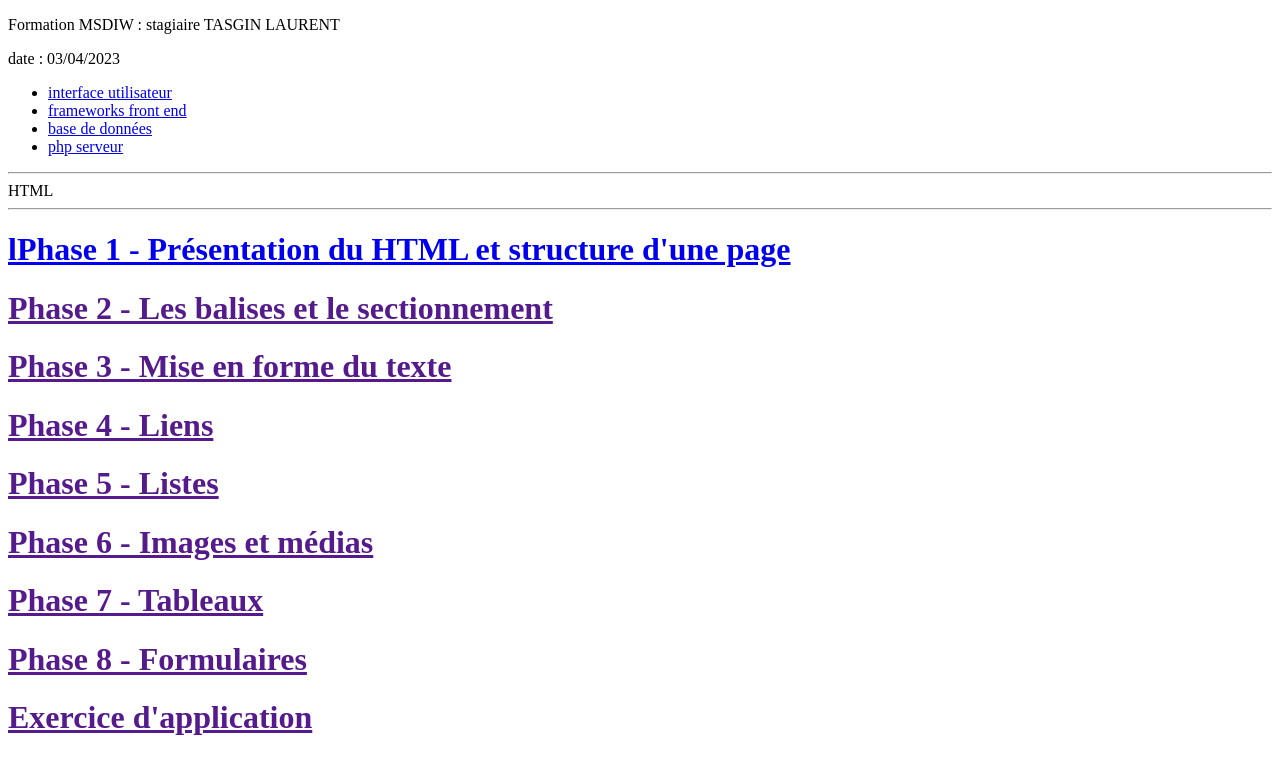
Repository: laurentbul/ApplicationEssai
Page: exercice/ex1/stagiaire_laurent/BACK/BDD/SQL/bdd1_alimenter.html
These files come from the project's save history. The page is drawn as it stood at one moment and after the next save; the edit follows.
The browser window is 1280 px wide. The pictures show the whole page.

Above is the page before, as saved 2023-04-05 14:50:51.
Not found: exercice/ex1/stagiaire_laurent/BACK/BDD/CSS/msdiw.css

After the next save:
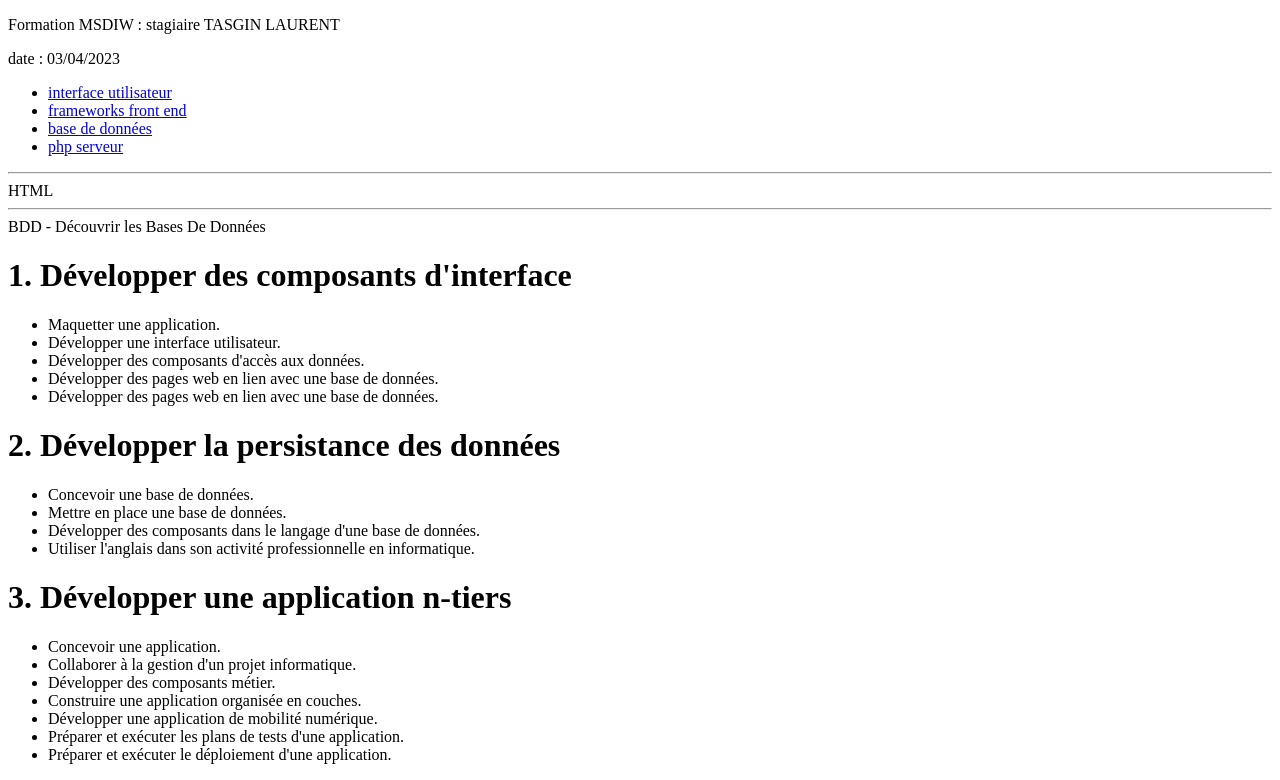
Saved 5 h 1 min later.
--- a/exercice/ex1/stagiaire_laurent/BACK/BDD/SQL/bdd1_alimenter.html
+++ b/exercice/ex1/stagiaire_laurent/BACK/BDD/SQL/bdd1_alimenter.html
@@ -22,33 +22,33 @@
     <hr>
     HTML
     <hr>
-    <a href="./phase1_structure.html">
-        <h1>lPhase 1 - Présentation du HTML et structure d'une page</h1>
-    </a>
-    <a href="">
-        <h1>Phase 2 - Les balises et le sectionnement</h1>
-    </a>
-    <a href="">
-        <h1>Phase 3 - Mise en forme du texte</h1>
-    </a>
-    <a href="">
-        <h1>Phase 4 - Liens</h1>
-    </a>
-    <a href="">
-        <h1>Phase 5 - Listes</h1>
-    </a>
-    <a href="">
-        <h1>Phase 6 - Images et médias</h1>
-    </a>
-    <a href="">
-        <h1>Phase 7 - Tableaux</h1>
-    </a>
-    <a href="">
-        <h1>Phase 8 - Formulaires</h1>
-    </a>
-    <a href="">
-        <h1>Exercice d'application</h1>
-    </a>
+  <div>BDD - Découvrir les Bases De Données
+        <h1 class="titre">1. Développer des composants d'interface</h1>
+        <ul class="paragraphe" >
+          <li class="competence"> Maquetter une application.</li>
+          <li class="competence"> Développer une interface utilisateur.</li>
+          <li class="competence"> Développer des composants d'accès aux données.</li>
+          <li class="competence"> Développer des pages web en lien avec une base de données.</li>
+          <li class="competence"> Développer des pages web en lien avec une base de données.</li>
+        </ul>
+        <h1 class="titre">2. Développer la persistance des données</h1>
+        <ul class="paragraphe" >
+          <li class="competence">Concevoir une base de données.</li>
+          <li class="competence">Mettre en place une base de données.</li>
+          <li class="competence">Développer des composants dans le langage d'une base de données.</li>
+          <li class="competence"> Utiliser l'anglais dans son activité professionnelle en informatique.</li>
+        </ul>
+        <h1 class="titre">3. Développer une application n-tiers</h1>
+        <ul class="paragraphe">
+          <li class="competence"> Concevoir une application.</li>
+          <li class="competence"> Collaborer à la gestion d'un projet informatique.</li>
+          <li class="competence"> Développer des composants métier.</li>
+          <li class="competence"> Construire une application organisée en couches.</li>
+          <li class="competence"> Développer une application de mobilité numérique.</li>
+          <li class="competence"> Préparer et exécuter les plans de tests d'une application.</li>
+          <li class="competence"> Préparer et exécuter le déploiement d'une application.</li>
+        </ul>
+      </div>
 </body>
 
 </html>
